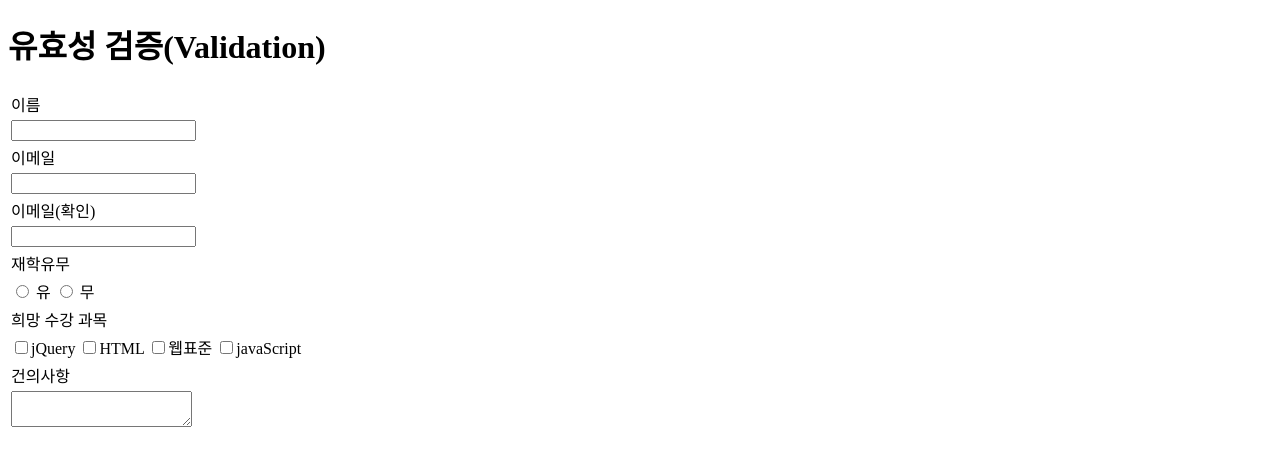
Repository: brotherdoor/myworkplace
Page: http://localhost/AjaxWithXML/validation.jsp
An editor plug-in stored every save of this project. The page is shown before and after the next save, followed by the edit.
The browser window is 1280 px wide. The pictures show the whole page.
Some web libraries are served in a nearby version. The page is served by Tomcat 9. Other server files are loaded and not shown.

Above is the page before, as saved 2017-03-10 02:42:55.

### mybatis/AjaxWithXML/WebContent/validation.jsp
<%@ page language="java" contentType="text/html; charset=EUC-KR"
    pageEncoding="EUC-KR"%>
<!DOCTYPE html PUBLIC "-//W3C//DTD HTML 4.01 Transitional//EN" "http://www.w3.org/TR/html4/loose.dtd">
<html>
<head>
<meta http-equiv="Content-Type" content="text/html; charset=EUC-KR">
<title>Insert title here</title>
<script type="text/javascript"
	src="https://ajax.googleapis.com/ajax/libs/jquery/3.1.1/jquery.min.js"></script>
</head>
<body>
	<h1>유효성 검증(Validation)</h1>
	<form action="#">
		<table>
			<tr><td>이름</td></tr>
			<tr><td><input type="text" id="name"></td></tr>
			<tr><td>이메일</td></tr>
			<tr><td><input type="text" id="name"></td></tr>
			<tr><td>이메일(확인)</td></tr>
			<tr><td><input type="text" id="name"></td></tr>
			<tr><td>재학유무</td></tr>
			<tr><td>
				<input type="radio" name="school" id="yes">
                    <label for="yes">유</label>
                <input type="radio" name="school" id="no">
                    <label for="no">무</label>
			</td></tr>
			<tr><td>희망 수강 과목</td></tr>
			<tr><td>
				<input type="checkbox"><label>jQuery</label>
				<input type="checkbox"><label>HTML</label>
				<input type="checkbox"><label>웹표준</label>
				<input type="checkbox"><label>javaScript</label>
			</td></tr>
			<tr><td>건의사항</td></tr>
			<tr><td><textarea id="wish"></textarea></td></tr>
		</table>
	</form>

</body>
</html>

After the next save:
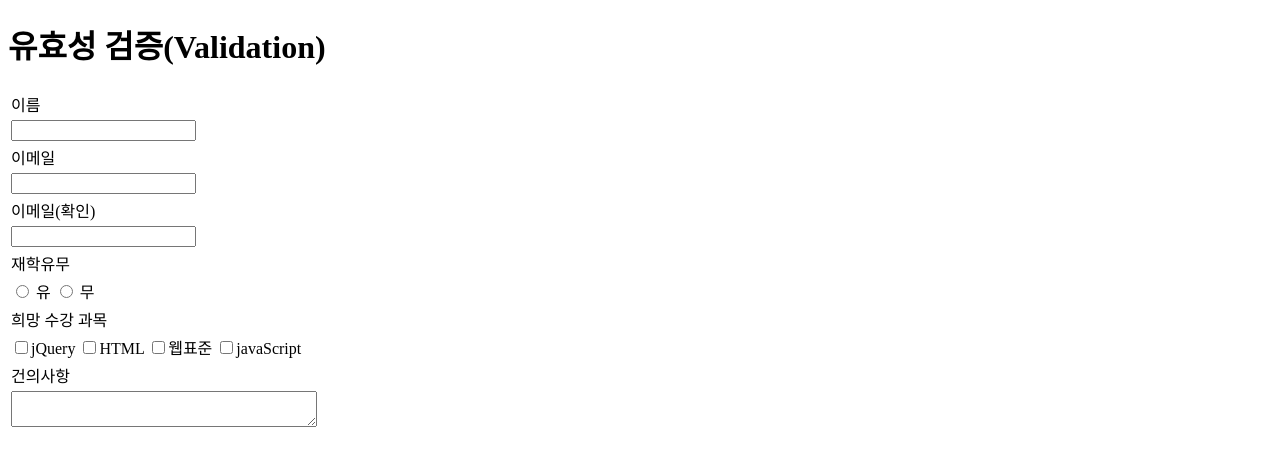
Saved 41 s later.
--- a/mybatis/AjaxWithXML/WebContent/validation.jsp
+++ b/mybatis/AjaxWithXML/WebContent/validation.jsp
@@ -33,7 +33,7 @@
 				<input type="checkbox"><label>javaScript</label>
 			</td></tr>
 			<tr><td>건의사항</td></tr>
-			<tr><td><textarea id="wish"></textarea></td></tr>
+			<tr><td><textarea id="wish" style="width: 300px"></textarea></td></tr>
 		</table>
 	</form>
 
